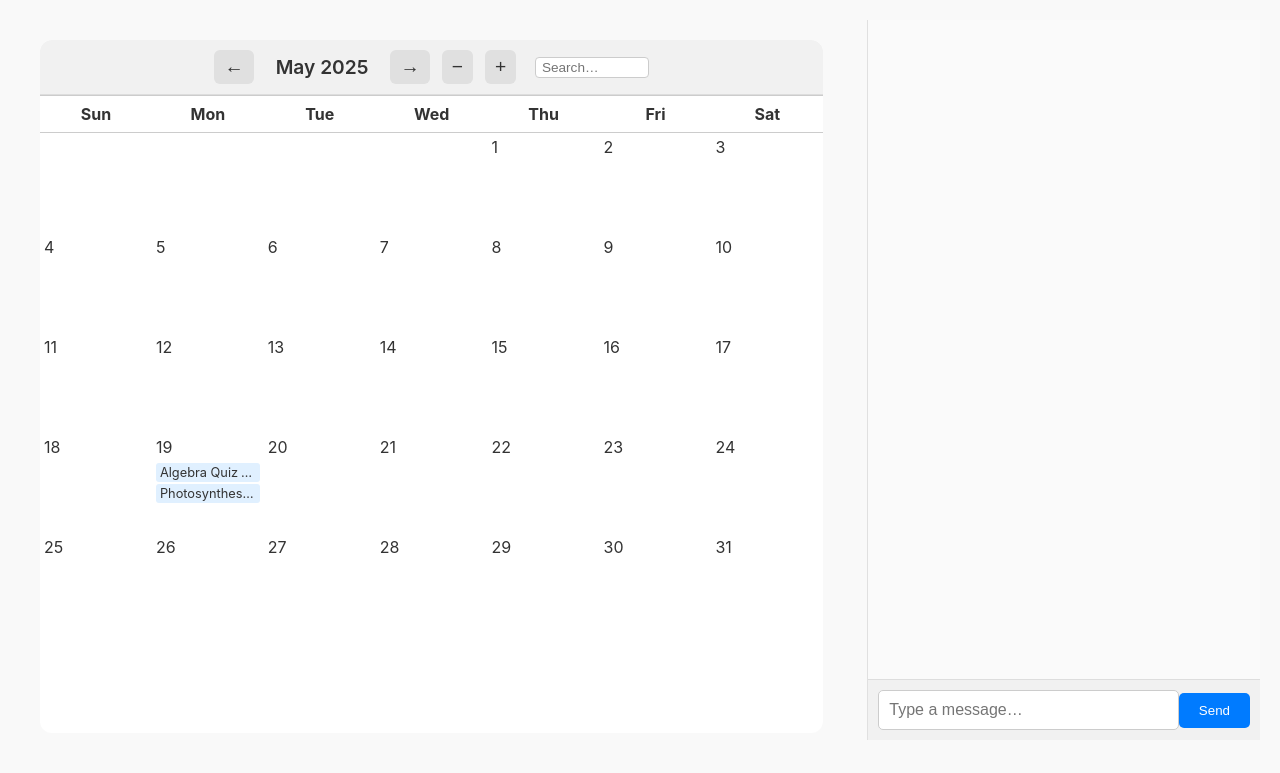
Repository: saifg123/Peer
Page: app.html
The author's editor kept a copy of each file at every save. The page is drawn from the files as they stood at one save, then again after the next save.
The browser window is 1280 px wide. The pictures show the whole page.

Above is the page before, as saved 2025-05-20 16:57:43.

### app.html
<!DOCTYPE html>
<html lang="en">
<head>
  <meta charset="UTF-8">
  <meta name="viewport" content="width=device-width, initial-scale=1.0">
  <title>Peer Calendar</title>
  <link rel="stylesheet" href="stylesapp.css" >
</head>
<body>
  <div class="app-container">
    <!-- Calendar Panel -->
    <div class="calendar-app">
      <div id="calendar-controls">
        <!-- your existing controls -->
        <button type="button" id="prev">&larr;</button>
        <div id="view-label">Month</div>
        <button type="button" id="next">&rarr;</button>
        <button type="button" id="zoom-out">−</button>
        <button type="button" id="zoom-in">+</button>
        <input id="event-search" placeholder="Search…">

      </div>
<div id="calendar-view"></div>
<!-- The calendar grid and its cells will be generated dynamically in the #calendar div below -->
<div id="calendar"></div>
    </div>
<div id="event-modal" class="hidden">
  <div id="event-modal-content">
    <div id="event-modal-header">
      <span id="event-modal-date"></span>
      <button type="button" id="event-modal-close">&times;</button>
    </div>
    <textarea id="event-modal-text" placeholder="Add a note..."></textarea>
    <button type="button" id="event-modal-save">Save</button>
  </div>
</div>


    <!-- Chat Panel (unchanged) -->
    <div class="chatbox">
      <div id="chat-messages" class="chat-messages"></div>
      <div class="chat-input-area">
        <input type="text" id="chat-input" placeholder="Type a message…" />
        <button type="button" id="chat-send">Send</button>
        <style>
          .app-container {
            display: flex;
            flex-direction: row;
            align-items: flex-start;
          }
          .calendar-app {
            flex: 2;
            min-width: 0;
          }
          .chatbox {
            flex: 1;
            min-width: 300px;
            max-width: 400px;
            margin-left: 24px;
            background: #fafafa;
            border-left: 1px solid #e0e0e0;
            height: 100vh;
            display: flex;
            flex-direction: column;
            position: sticky;
            top: 0;
          }
          .chat-messages {
            flex: 1;
            overflow-y: auto;
            padding: 16px;
            display: flex;
            flex-direction: column;
            gap: 10px;
          }
          .chat-message {
            max-width: 70%;
            padding: 10px 14px;
            border-radius: 16px;
            margin-bottom: 4px;
            word-break: break-word;
            display: inline-block;
            clear: both;
          }
          .chat-message.sent {
            align-self: flex-end;
            background: #007bff;
            color: #fff;
            border-bottom-right-radius: 4px;
            border-bottom-left-radius: 16px;
          }
          .chat-message.received {
            align-self: flex-start;
            background: #e4e6eb;
            color: #222;
            border-bottom-left-radius: 4px;
            border-bottom-right-radius: 16px;
          }
          .chat-input-area {
            display: flex;
            justify-content: space-between;
            align-items: center;
            padding: 10px;
            background-color: #f1f1f1;
          }
          #chat-input {
            width: 80%;
            padding: 10px;
            border-radius: 5px;
            border: 1px solid #ccc;
          }
          #chat-send {
            padding: 10px 20px;
            background-color: #007bff;
            color: white;
            border: none;
            border-radius: 5px;
            cursor: pointer;
          }
          #chat-send:hover {
            background-color: #0056b3;
          }
        </style>
      </div>
    </div>
  </div>
  <script src="script.js"></script>
</body>
</html>

### stylesapp.css
/* Base */
body {
  margin: 0;
  font-family: -apple-system, BlinkMacSystemFont, sans-serif;
  background: #f9f9f9;
  color: #333;
}
.calendar-app {
  max-width: 900px;
  margin: 20px 0 20px 20px;
  /* ✨ Rounded outer container */
  border-radius: 12px;
  background: #fff;           /* ensure bgcolor behind rounded edges */
  overflow: hidden;
}

/* Controls */
#calendar-controls {
  display: flex;
  align-items: center;
  justify-content: center;
  gap: 12px;
  padding: 10px;
  background: #f1f1f1;
  border-bottom: 1px solid #ddd;
}
#calendar-controls button {
  font-size: 1.2em;
  padding: 6px 10px;
  background: #e0e0e0;
  color: #333;
  border: none;
  border-radius: 6px;
  cursor: pointer;
}
#calendar-controls button:hover {
  background: #d0d0d0;
}
#view-label {
  font-size: 1.2em;
  font-weight: 600;
  margin: 0 10px;
}

/* Transition wrapper */
.calendar-view {
  opacity: 1;
  transform: scale(1);
  transition: opacity 0.3s, transform 0.3s;
}
.calendar-view.transitioning {
  opacity: 0;
  transform: scale(0.98);
}

/* ========== DAY VIEW ========== */
.day-grid {
  display: grid;
  grid-template-rows: repeat(24, 40px);
  border-left: 1px solid #ccc;
  position: relative;
}
.day-cell {
  border-top: 1px solid #eee;
  padding-left: 50px;
  position: relative;
  display: flex;
  flex-direction: column;
  justify-content: flex-start;
  overflow-y: auto;
  padding: 2px;
  transition: background 0.2s;
}


.day-cell span {
  position: absolute;
  left: 0;
  top: 0;
  font-size: 12px;
  color: #888;
}

/* ========== WEEK VIEW ========== */
.week-grid {
  display: flex;
  flex-direction: column;
}
.week-labels {
  display: grid;
  grid-template-columns: repeat(7, 1fr);
  background: #fafafa;
  border-bottom: 1px solid #ccc;
}
.week-label {
  text-align: center;
  padding: 8px 0;
  font-weight: bold;
}
.week-row {
  display: grid;
  grid-template-columns: repeat(7, 1fr);
  height: 45px; /* Or whatever height you want for each day */
}

.week-cell {
  border: 1px solid #eee;
  position: relative;
  padding: 2px;
  display: flex;
  flex-direction: column;
  align-items: flex-start;
  overflow-y: auto;
  transition: background 0.2s;
}



/* ========== MONTH VIEW ========== */
.month-grid {
  display: grid;
  grid-template-columns: repeat(7, 1fr);
  border-top: 1px solid #ccc;
}
.month-labels {
  display: contents;
}
.month-label {
  text-align: center;
  font-weight: bold;
  padding: 8px 0;
  border-bottom: 1px solid #ccc;
}
.month-row {
  display: contents;
}
.month-cell {
  height: 100px; /* or whatever height you want */
  overflow: hidden;
  display: flex;
  flex-direction: column;
  padding: 4px;
  box-sizing: border-box;
}

.month-cell .event-item {
  align-self: flex-start; /* assignment goes under the date */
}

.month-cell.empty {
  background: #f9f9f9;
  color: #ccc;
}



/* ========== MULTI‐MONTH (Quarter/Semester/Year) ========== */
.multi-month-grid {
  display: grid;
  grid-template-columns: repeat(auto-fit, minmax(220px,1fr));
  gap: 20px;
  padding: 20px;
}
.month-tile {
  background: #fff;
  border: 1px solid #ddd;
  border-radius: 10px;
  padding: 10px;
  position: relative;
  box-shadow: 0 1px 3px rgba(0,0,0,0.1);
}
.month-title {
  text-align: center;
  font-weight: 600;
  margin-bottom: 8px;
}
.month-weekdays {
  display: grid;
  grid-template-columns: repeat(7,1fr);
  font-size: 0.8em;
  font-weight: bold;
  text-align: center;
  color: #555;
  margin-bottom: 4px;
}
.month-days {
  display: grid;
  grid-template-columns: repeat(7,1fr);
  text-align: center;
}
.day {
  padding: 4px 0;
  font-size: 0.85em;
  /* ✨ Rounded mini‐cells + hover */
  border-radius: 4px;
  transition: background 0.2s;
}
.empty { visibility: hidden; }
.day:hover {
  background: #e6f7ff;
}
.day.highlight {
  background-color: #ffeb3b;
  font-weight: bold;
  border: 2px solid #f57c00;
  border-radius: 4px;
}
/* === Flex container for calendar + chat === */
.app-container {
  display: flex;
  gap: 20px;
  padding: 20px;
}



.chat-messages {
  flex: 1;
  padding: 10px;
  overflow-y: auto;
}

.chat-message {
  margin-bottom: 8px;
  padding: 6px 10px;
  border-radius: 8px;
  max-width: 80%;
}

.chat-message.user {
  background: #e0f7fa;
  align-self: flex-end;
}

.chat-message.bot {
  background: #f1f1f1;
  align-self: flex-start;
}

.chat-input-area {
  display: flex;
  border-top: 1px solid #ddd;
}

#chat-input {
  flex: 1;
  border: none;
  padding: 10px;
  font-size: 1em;
  outline: none;
}

#chat-send {
  border: none;
  background: #007aff;
  color: white;
  padding: 0 20px;
  cursor: pointer;
}
#chat-send:hover {
  background: #005ec2;
}
#event-search {
  margin-left: 0.5em;
  padding: 2px 6px;
  font-size: 0.85em;
  border: 1px solid #ccc;
  border-radius: 4px;
  width: 100px;
}
#event-modal {
  position: fixed;
  top: 0; left: 0;
  width: 100vw; height: 100vh;
  background: rgba(0, 0, 0, 0.4);
  display: flex;
  align-items: center;
  justify-content: center;
  z-index: 999;
}

#event-modal.hidden {
  display: none;
}

#event-modal-content {
  background: white;
  padding: 1em;
  border-radius: 6px;
  width: 300px;
  box-shadow: 0 2px 10px rgba(0,0,0,0.2);
  display: flex;
  flex-direction: column;
}

#event-modal-header {
  display: flex;
  justify-content: space-between;
  align-items: center;
  margin-bottom: 0.5em;
}

#event-modal-header span {
  font-weight: bold;
}

#event-modal-close {
  background: none;
  border: none;
  font-size: 1.2em;
  cursor: pointer;
}

#event-modal-text {
  width: 180px;
  height: 40px;
  font-size: 0.9em;
  resize: none;
  margin-bottom: 0.5em;
  padding: 4px;
}

/* Align the Add Note button to the right of the day header */
.day-header {
  display: flex;
  justify-content: space-between;
  align-items: center;
}
#open-note-day {
  font-size: 0.9em;
  padding: 4px 8px;
  border: none;
  background: #007aff;
  color: white;
  border-radius: 4px;
  cursor: pointer;
}
#open-note-day:hover {
  background: #005ec2;
}


/* Style the note banner under the header */
.note-banner {
  background: #fffae6;
  color: #333;
  padding: 4px 8px;
  margin: 4px 0;
  border: 1px solid #ffd54f;
  border-radius: 4px;
  cursor: grab;
  user-select: none;
}

/* When dragging */
.note-banner:active {
  opacity: 0.6;
}

/* Allow dropping into hour slots */
.day-cell {
  position: relative;
}
.day-cell.drag-over {
  background: #e0ffe0;
}
/* Force the modal textarea to be small */
#event-modal-text {
  width: 180px !important;
  height: 40px !important;
  min-height: 0 !important;
  resize: none !important;
  font-size: 0.9em;
  padding: 4px;
  box-sizing: border-box;
}
/* Day-view cells */
.day-cell {
  /* your existing rules… */
  transition: background 0.2s;
}
.day-cell:hover {
  background: #e6f7ff;
}

/* Week-view cells */
.week-cell {
  /* your existing rules… */
  transition: background 0.2s;
}
.week-cell:hover {
  background: #e6f7ff;
}

/* Month-view cells */
.month-cell {
  /* your existing rules… */
  transition: background 0.2s;
}
.month-cell:hover {
  background: #e6f7ff;
}
.note-banner {
  background: #e8f0fe;
  border-left: 4px solid #4285f4;
  padding: 4px 6px;
  margin: 4px 0;
  font-size: 0.85em;
  border-radius: 4px;
}
.event-item {
  font-size: 0.8em;
  background: #e0f0ff;
  margin: 2px 0;
  padding: 2px 4px;
  border-radius: 3px;
  white-space: nowrap;
  overflow: hidden;
  text-overflow: ellipsis;
}

.month-events {
  flex: 1;
  overflow-y: auto;
  margin-top: 4px;
}


.month-cell {
  display: flex;
  flex-direction: column;
  padding: 4px;
  box-sizing: border-box;
}
.note-banner {
  background: #fffdc4;
  border-left: 4px solid #f0c000;
  padding: 4px 8px;
  margin-top: 4px;
  font-size: 0.9em;
  border-radius: 4px;
}
.smooth-dragging {
  position: absolute;
  z-index: 10000;
  pointer-events: none;
  background: #ffe478;
  padding: 10px 14px;
  border-radius: 8px;
  box-shadow: 0 6px 16px rgba(0, 0, 0, 0.3);
  transform: rotate(-2deg) scale(1.05);
  animation: wobble-float 0.5s infinite ease-in-out;
}

@keyframes wobble-float {
  0%   { transform: rotate(-2deg) translateY(0); }
  50%  { transform: rotate(-3deg) translateY(-3px); }
  100% { transform: rotate(-2deg) translateY(0); }
}

.note-banner.drop-bounce {
  animation: drop-bounce 0.3s ease-out;
}

@keyframes drop-bounce {
  0%   { transform: scale(1.1) translateY(-4px); }
  100% { transform: scale(1) translateY(0); }
}

.day-cell.dragover {
  outline: 2px dashed #007bff;
  background: rgba(0,123,255,0.1);
}

Loaded but not shown: script.js (597 lines, source omitted)

After the next save:
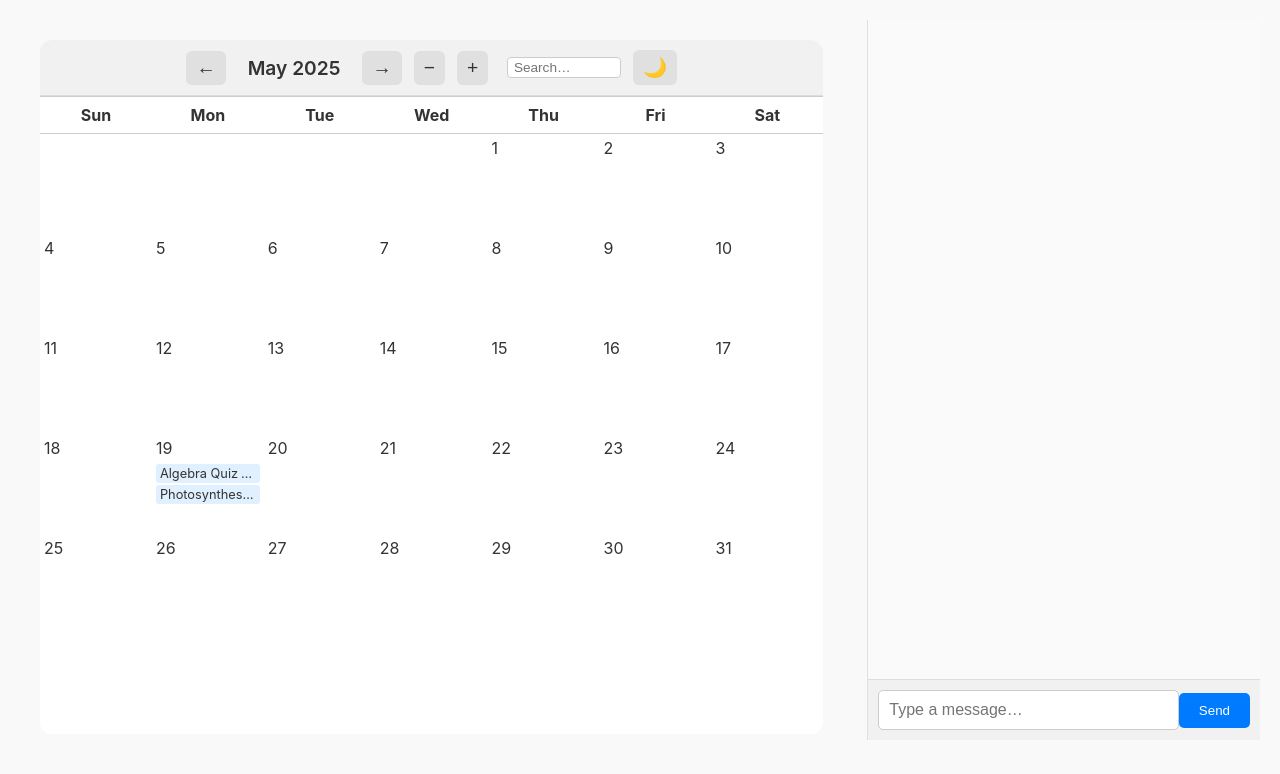
Saved 83 s later.
--- a/app.html
+++ b/app.html
@@ -18,6 +18,7 @@
         <button type="button" id="zoom-out">−</button>
         <button type="button" id="zoom-in">+</button>
         <input id="event-search" placeholder="Search…">
+        <button id="toggle-dark-mode">🌙</button>
 
       </div>
 <div id="calendar-view"></div>
@@ -120,6 +121,34 @@
           #chat-send:hover {
             background-color: #0056b3;
           }
+          body.dark-mode {
+  background-color: #121212;
+  color: #f1f1f1;
+}
+
+body.dark-mode .chatbox {
+  background-color: #1e1e1e;
+  border-left: 1px solid #333;
+}
+
+body.dark-mode .chat-message.sent {
+  background-color: #4a90e2;
+}
+
+body.dark-mode .chat-message.received {
+  background-color: #2a2a2a;
+}
+
+body.dark-mode .chat-input-area {
+  background-color: #1e1e1e;
+}
+
+body.dark-mode input,
+body.dark-mode textarea {
+  background-color: #333;
+  color: #fff;
+  border: 1px solid #555;
+}
         </style>
       </div>
     </div>
